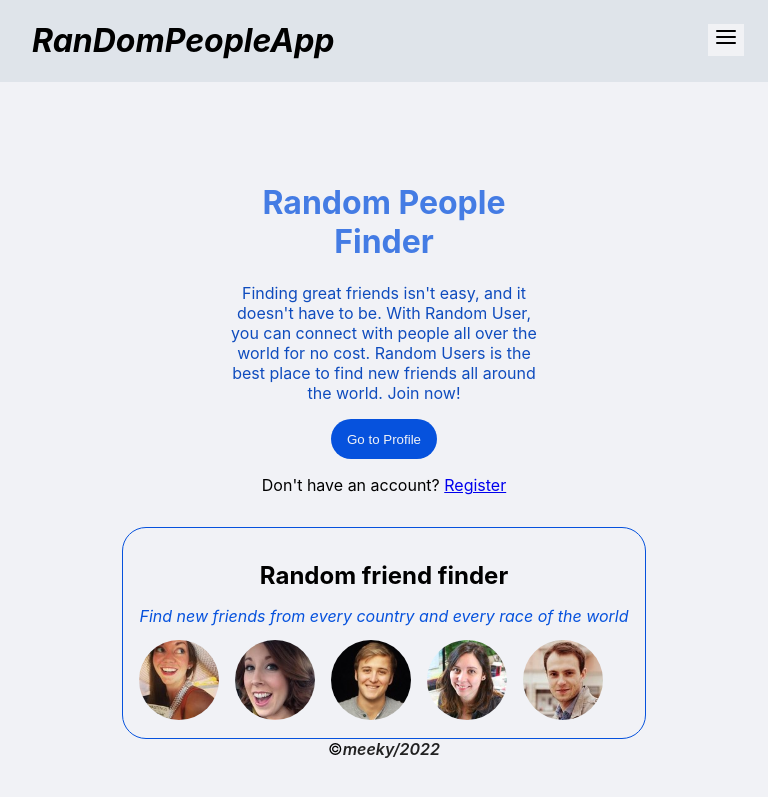
Repository: MikkyPrestige/RandomProfiles
Page: /
These files come from the project's save history. The page is drawn as it stood at one moment and after the next save; the edit follows.
The browser window is 768 px wide. The pictures show the whole page.
The project was rebuilt for these pictures with package versions that can differ from the ones it lists, and the page was loaded fresh each time. Also part of the build but not shown: src/components/users.jsx, src/assets/styles/search.css, src/components/search.jsx, src/assets/styles/help.css, src/components/help.jsx, src/assets/styles/about.css, src/components/about.jsx, src/assets/styles/error.css and 9 more.

Above is the page before, as saved 2022-12-06 20:30:03.

### public/index.html
<!DOCTYPE html>
<html lang="en">

<head>
  <meta charset="utf-8" />
  <link rel="icon" href="%PUBLIC_URL%/favicon.ico" />
  <meta name="viewport" content="width=device-width, initial-scale=1" />
  <meta name="theme-color" content="#000000" />
  <meta name="description" content="Web site created using create-react-app" />
  <link rel="apple-touch-icon" href="%PUBLIC_URL%/logo192.png" />
  <!--
      manifest.json provides metadata used when your web app is installed on a
      user's mobile device or desktop. See https://developers.google.com/web/fundamentals/web-app-manifest/
    -->
  <link rel="manifest" href="%PUBLIC_URL%/manifest.json" />
  <!--
      Notice the use of %PUBLIC_URL% in the tags above.
      It will be replaced with the URL of the `public` folder during the build.
      Only files inside the `public` folder can be referenced from the HTML.

      Unlike "/favicon.ico" or "favicon.ico", "%PUBLIC_URL%/favicon.ico" will
      work correctly both with client-side routing and a non-root public URL.
      Learn how to configure a non-root public URL by running `npm run build`.
    -->
  <title>AltSchool Assignment 2</title>
</head>

<body>
  <noscript>You need to enable JavaScript to run this app.</noscript>
  <div id="root"></div>
  <!--
      This HTML file is a template.
      If you open it directly in the browser, you will see an empty page.

      You can add webfonts, meta tags, or analytics to this file.
      The build step will place the bundled scripts into the <body> tag.

      To begin the development, run `npm start` or `yarn start`.
      To create a production bundle, use `npm run build` or `yarn build`.
    -->
</body>

</html>

### src/index.css
body {
  margin: 0;
  font-family: -apple-system, BlinkMacSystemFont, 'Segoe UI', 'Roboto', 'Oxygen',
    'Ubuntu', 'Cantarell', 'Fira Sans', 'Droid Sans', 'Helvetica Neue',
    sans-serif;
  -webkit-font-smoothing: antialiased;
  -moz-osx-font-smoothing: grayscale;
  background-color: #f1f2f6;
}

code {
  font-family: source-code-pro, Menlo, Monaco, Consolas, 'Courier New',
    monospace;
}

### src/App.jsx
import * as React from "react";
import { ErrorBoundary } from "react-error-boundary";
import { Route, Routes } from "react-router-dom";
import {
  Layout,
  Home,
  Users,
  Search,
  Help,
  About,
  Error,
  ErrorFallBack,
  Profile,
  ProfileDisplay,
  Register,
  UpdatePassword,
  Footer,
} from "./components";

const App = () => {
  return (
    <div className="App">
      <main>
        <ErrorBoundary FallbackComponent={ErrorFallBack}>
          <Layout />
          <Routes>
            <Route path="/" element={<Home />} />
            <Route path="users">
              <Route index element={<Users />} />
              <Route path=":id" element={<Search />} />
            </Route>
            <Route path="profile" element={<Profile />} />
            <Route path="profileDisplay" element={<ProfileDisplay />} />
            <Route path="register" element={<Register />} />
            <Route path="update" element={<UpdatePassword />} />
            <Route path="help" element={<Help />} />
            <Route path="about" element={<About />} />
            <Route path="*" element={<Error />} />
          </Routes>
        </ErrorBoundary>
        <Footer />
      </main>
    </div>
  );
};

export default App;

### src/components/index.js
export {  Layout, Back } from "./layout";
export { default as Home } from "./home";
export { default as Users } from "./users";
export { default as Search } from "./search";
export { default as Help } from "./help";
export { default as About } from "./about";
export { default as Error } from "./error";
export { default as ErrorFallBack } from "./errorFallback";
export { default as Profile } from "./profile";
export { default as ProfileDisplay } from "./profileDisplay";
export { default as Register } from "./register";
export { default as UpdatePassword } from "./update";
export { Footer } from "./avatar";

### src/components/layout.jsx
// LAYOUT COMPONENT - This component is for the App Layout that displays the Navigation bar in the app UI to the user when app is open

import { useState } from "react";
import { NavLink } from "react-router-dom";
import "../assets/styles/layout.css";
import { MdClose } from "react-icons/md";
import { FiMenu } from "react-icons/fi";

const CustomNavLink = ({ to, ...props }) => {
  let activeStyle = {
    textDecoration: "underline",
    color: "red",
  };

  return (
    <NavLink
      style={({ isActive }) =>
        isActive ? activeStyle : { textDecoration: "none" }
      }
      to={to}
      end
      {...props}
    />
  );
};

const LayoutSmall = () => {
  const [nav, setNav] = useState(false);

  const toggleNav = () => {
    setNav(!nav);
  };

  const closeNav = () => {
    setNav(false);
  };

  return (
    <div className="layout small">
      <header className="layout__header">
        <div className="layout__header--text">
          <h1 className="layout__header--title">RanDomPeopleApp</h1>
        </div>
        <nav className="layout__nav">
          <button onClick={toggleNav} className="layout--btn">
            {nav ? (
              <MdClose className="layout__btn--icon" />
            ) : (
              <FiMenu className="layout__btn--icon" />
            )}
          </button>
          <div className={`menuNav ${nav ? " showMenu" : ""}`}>
            <CustomNavLink
              to="/"
              end
              className="nav__item"
              onClick={() => closeNav()}
            >
              Home
            </CustomNavLink>
            <CustomNavLink
              to="profile"
              className="nav__item"
              onClick={() => closeNav()}
            >
              Users
            </CustomNavLink>
            <CustomNavLink
              to="about"
              className="nav__item"
              onClick={() => closeNav()}
            >
              About
            </CustomNavLink>
            <CustomNavLink
              to="help"
              className="nav__item"
              onClick={() => closeNav()}
            >
              Features
            </CustomNavLink>
          </div>
        </nav>
      </header>
    </div>
  );
};

const LayoutLarge = () => {
  return (
    <div className="layout large">
      <header className="layout__header">
        <div className="layout__header--text">
          <h1 className="layout__header--title">RanDomPeopleApp</h1>
        </div>
        <nav className="layout__nav">
          <div className="nav__items--large">
            <CustomNavLink to="/" className="nav__item--large">
              Home
            </CustomNavLink>
            <CustomNavLink to="profile" className="nav__item--large">
              Users
            </CustomNavLink>
            <CustomNavLink to="about" className="nav__item--large">
              About
            </CustomNavLink>
            <CustomNavLink to="help" className="nav__item--large">
              Features
            </CustomNavLink>
          </div>
        </nav>
      </header>
    </div>
  );
};

const Layout = () => {
  return (
    <div>
      <LayoutSmall />
      <LayoutLarge />
    </div>
  );
};

//  Navigate back home button
const Back = () => {
  const [isHover, setIsHover] = useState(false);

  const handleMouseEnter = () => {
    setIsHover(true);
  };

  const handleMouseLeave = () => {
    setIsHover(false);
  };

  const style = {
    border: "none",
    borderRadius: ".5rem",
    padding: " .5rem",
    fontSize: "1rem",
    fontWeight: "600",
    cursor: "pointer",
    backgroundColor: isHover ? "lightblue" : "rgb(0, 191, 255)",
    color: isHover ? "#f00" : "green",
  };

  return (
    <NavLink to="/" className="back__button">
      <button
        style={style}
        onMouseEnter={handleMouseEnter}
        onMouseLeave={handleMouseLeave}
      >
        Back ←{" "}
      </button>
    </NavLink>
  );
};

export { Layout, Back };

### src/components/home.jsx
// HOME COMPONENT - This component is the Home section of the app that displays app Home page on load and when the 'HOME' button in the header is clicked

import { Link, useNavigate } from "react-router-dom";
import "../assets/styles/home.css";
import { Avatar } from "./avatar";
import FirstFemale from "../assets/img/female-1.jpg";
import SecondFemale from "../assets/img/female-2.jpg";
import ThirdFemale from "../assets/img/female-3.jpg";
import FirstMale from "../assets/img/male-1.jpg";
import SecondMale from "../assets/img/male-2.jpg";

const Home = () => {
  const navigate = useNavigate();
  const getStarted = () => {
    navigate("/profileDisplay"); // Redirect the user to the users component when the get started button is clicked
  };

  return (
    <div className="home">
      <div className="home__container">
        <div className="desc">
          <h1 className="desc__heading">Random people finder</h1>
          <p className="desc__paragraph">
            Finding great friends isn't easy, and it doesn't have to be. With
            Random User, you can connect with people all over the world for no
            cost. Random Users is the best place to find new friends all around
            the world. Join now!
          </p>
          <button onClick={getStarted} className="desc__cta">
            Go to Profile
          </button>
          <p className="register__text">
            Don't have an account?{" "}
            <Link to="/register" className="register__link">
              Register
            </Link>
          </p>
        </div>
        <div className="home__wrapper">
          <h2 className="home__heading">Random friend finder</h2>
          <p className="home__text">
            Find new friends from every country and every race of the world
          </p>
          <div className="home__img">
            <Avatar
              image={FirstFemale}
              alt="Female One"
              style={{ width: "5rem", height: "5rem", borderRadius: "50%" }}
            />
            <Avatar
              image={SecondFemale}
              alt="Female Two"
              style={{ width: "5rem", height: "5rem", borderRadius: "50%" }}
            />
            <Avatar
              image={FirstMale}
              alt="Male One"
              style={{ width: "5rem", height: "5rem", borderRadius: "50%" }}
            />
            <Avatar
              image={ThirdFemale}
              alt="Female Three"
              style={{ width: "5rem", height: "5rem", borderRadius: "50%" }}
            />
            <Avatar
              image={SecondMale}
              alt="Male Two"
              style={{ width: "5rem", height: "5rem", borderRadius: "50%" }}
            />
          </div>
        </div>
      </div>
    </div>
  );
};

export default Home;

### src/components/avatar.jsx
// AVATAR COMPONENT - This component is for the Images used in the app.

import "../assets/styles/layout.css";

export const Avatar = ({ image = "", alt = "", style = {} }) => {
  return (
    <div className="avatar">
      <img src={image} alt={alt} style={style} />
    </div>
  );
};

// FOOTER COMPONENT - for the attribution

export const Footer = () => {
  return (
    <div className="attribution">
      <footer>
        &copy;
        <a
          href="https://github.com/MeekyBerry"
          target="_blank"
          rel="noreferrer"
          className="footer"
        >
          meeky/2022
        </a>
      </footer>
    </div>
  );
};

### src/assets/styles/layout.css
.layout {
  background-color: #dfe4ea;
  width: 100%;
}

.layout__nav {
  display: flex;
  align-items: center;
  justify-content: space-between;
  position: relative;
  padding-right: 2rem;
}

.layout__header {
  display: flex;
  justify-content: space-between;
  align-items: center;
}

.layout__header--title {
  font-style: oblique;
  padding-left: 2rem;
}

.layout--btn {
  position: fixed;
  top: 1.5rem;
  right: 1.5rem;
  z-index: 10;
  background-color: #f1f2f5;
  border: none;
  font-size: 1.5rem;
  cursor: pointer;
}

.menuNav {
  position: fixed;
  top: 6rem;
  right: 0;
  width: 0;
  max-width: 10rem;
  height: 100%;
  background-color: #f1f2f5;
  z-index: 5;
  overflow: hidden;
}

.menuNav.showMenu {
  width: 100%;
  transition: all 2s ease-in;
  -webkit-transition: all 2s ease-in;
  -moz-transition: all 2s ease-in;
  -ms-transition: all 2s ease-in;
  -o-transition: all 2s ease-in;
}

.nav__items {
  display: flex;
  align-items: center;
  list-style: none;
  /* flex-wrap: wrap; */
}

.nav__item {
  font-size: 1.2rem;
  padding: 1rem;
  text-transform: uppercase;
  display: block;
  text-align: center;
  text-transform: uppercase;
  color: #0046dc;
}

.nav__item:hover {
  color: #7dd5c6;
}

.nav__items--large {
  display: flex;
  gap: 2rem;
}

.nav__item--large {
  text-transform: uppercase;
  font-size: 1.1rem;
  font-weight: 700;
  letter-spacing: .2rem;
  color: #0046dc;
}

.attribution {
  text-align: center;
}

.footer {
  color: #222;
  text-decoration: none;
  cursor: pointer;
  font-style: italic;
  font-weight: 600;
}

/* MEDIA QUERY TO HIDE THE NAVIGATION BAR HAMBURGER ON LARGE SCREENS */

@media screen and (min-width: 768px) {
  .small {
    display: none;
  }

  .large {
    display: block;
  }
}

@media screen and (max-width: 768px) {
  .small {
    display: block;
  }

  .large {
    display: none;
  }
}

@media screen and (max-width: 900px) {
  .nav__item--large {
    font-size: 1rem;
    margin-right: -.5rem;
  }

}

### src/assets/styles/home.css
.home {
  margin-top: 5rem;
  text-align: center;
}

.home__container {
  display: flex;
  justify-content: space-around;
  align-items: center;
  gap: 1rem;
}

.desc {
  width: 40%;
}

.desc__heading {
  font-size: 2rem;
  color: #0651ddbb;
  text-transform: capitalize;
}

.desc__paragraph {
  font-size: 1rem;
  color: #0f4cbe;
}

.desc__cta {
  background-color: #0652dd;
  color: #f1f2f6;
  padding: 0.8rem 1rem;
  border: none;
  border-radius: 1.5rem;
}

.desc__cta:hover {
  background-color: #0f4cbe;
}

.home__wrapper {
  border: 1px solid #0652dd;
  border-radius: 1.5rem;
  line-height: 1;
  padding: 1rem;
  height: min-content;
}

.home__text {
  font-style: italic;
  color: #0652dd;
}

.home__img {
  display: flex;
  align-items: center;
  gap: 1rem;
}

@media screen and (max-width: 900px) {
  .home__container {
    flex-direction: column;
  }

}

### src/assets/styles/users.css
.users {
  background-color: #fff;
  border: 1px solid #ccc;
  border-radius: 0.5rem;
  padding: 1rem;
  margin: 1rem;
}

.users__container {
  display: flex;
  flex-direction: column;
  justify-content: center;
  align-items: center;
}

.users__heading {
  text-align: center;
  text-transform: uppercase;
  font-size: 1.5rem;
  font-weight: bold;
  margin-bottom: 1rem;
}

.users__list {
  list-style: none;
  padding: 2rem;
  margin: 1rem auto;
  width: 85%;
  display: grid;
  grid-template-columns: repeat(3, minmax(200px, 1fr));
  grid-gap: 3rem;
}

.user__items {
  border-bottom: 1px solid #ccc;
}

.user__item {
  background-color: #fff;
  border: 1px solid #ccc;
  border-radius: 0.5rem;
  padding: 1rem;
}

.user__img {
  width: 80%;
  border-radius: 10%;
  margin-left: 1rem;
}

/* BUTTON BELOW */
.btn__container {
  display: flex;
  justify-content: center;
  align-items: center;
}

.active:hover {
  background-color: #ced6e0;
  color: #1e90ff;
}

.active:active {
  background-color: #70a1ff;
  color: #ced6e0;
}

.btn__array {
  padding: 0.5rem;
  margin: 0.5rem;
  font-size: 1rem;
  border-radius: 0.5rem;
  border: none;
  cursor: pointer;
}

.search__box {
  display: flex;
  justify-content: center;
  align-items: center;
}

.search__link {
  background-color: #fff;
  border: 1px solid #ccc;
  color: #1e90ff;
  border-radius: 1rem;
  width: 18rem;
  padding: 0.5rem;
  margin: 1rem;
  font-size: 1rem;
  font-weight: bold;
  cursor: pointer;
  text-align: center;
  text-decoration: none;
  animation: search 1s ease-in-out infinite;
}

.search__link:hover {
  background-color: #1e90ff;
  color: #fff;
  animation: none;
}

.search__link:active {
  background-color: #70a1ff;
  color: #fff;
  animation: none;
}

@keyframes search {
  0% {
    transform: scale(1);
  }

  50% {
    transform: scale(1.2);
  }

  100% {
    transform: scale(1);
  }
}

Loaded but not shown: src/index.js (common file)

After the next save:
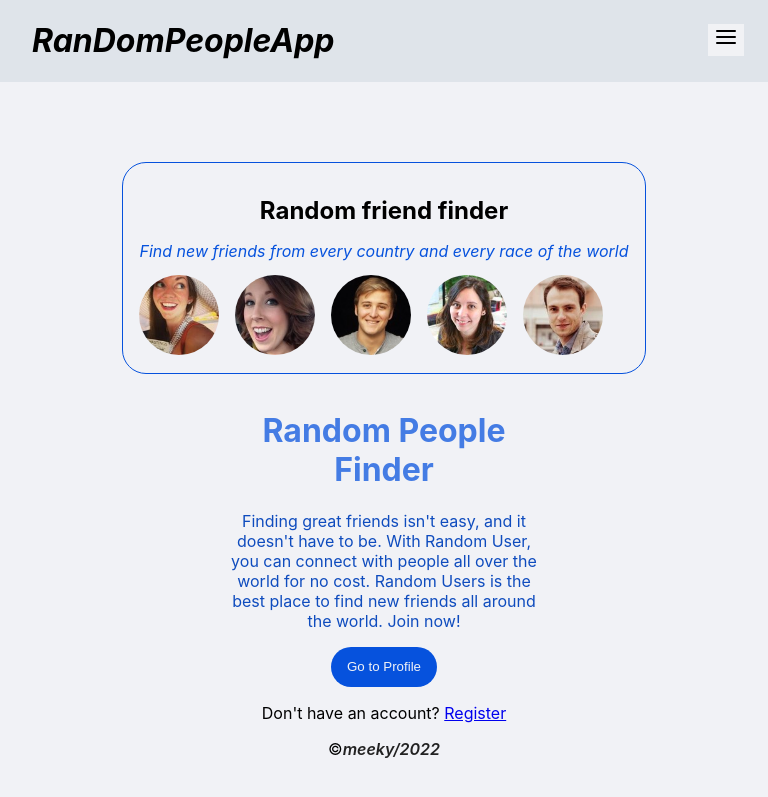
Saved 11 s later.
--- a/src/assets/styles/home.css
+++ b/src/assets/styles/home.css
@@ -58,7 +58,7 @@
 
 @media screen and (max-width: 900px) {
   .home__container {
-    flex-direction: column;
+    flex-direction: column-reverse;
   }
 
 }
